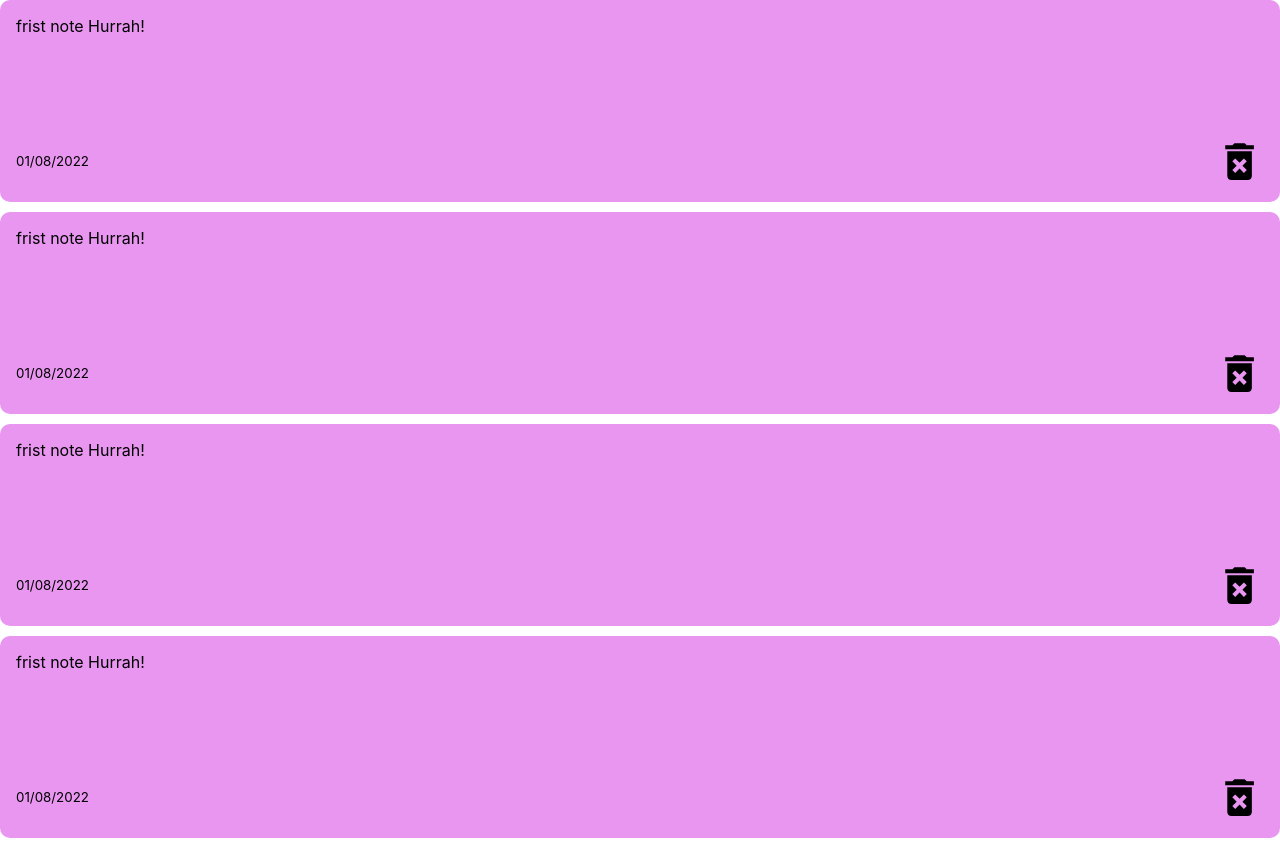
Repository: DeraBola/react-notes-app
Page: /
These files come from the project's save history. The page is drawn as it stood at one moment and after the next save; the edit follows.
The browser window is 1280 px wide. The pictures show the whole page.
The project was rebuilt for these pictures with package versions that can differ from the ones it lists, and the page was loaded fresh each time.

Above is the page before, as saved 2022-08-01 08:32:11.

### src/index.js
import React from 'react';
import ReactDOM from 'react-dom/client';
import './index.css';
import App from './App';


const root = ReactDOM.createRoot(document.getElementById('root'));
root.render(
  <React.StrictMode>
    <App />
  </React.StrictMode>
);

### src/index.css
body {
    margin: 0;
    font-family: -apple-system, BlinkMacSystemFont, 'Segoe UI', 'Roboto', 'Oxygen', 'Ubuntu', 'Cantarell', 'Fira Sans', 'Droid Sans', 'Helvetica Neue', sans-serif;
    -webkit-font-smoothing: antialiased;
    -moz-osx-font-smoothing: grayscale;
}

code {
    font-family: source-code-pro, Menlo, Monaco, Consolas, 'Courier New', monospace;
}

.note {
    background-color: #e996f1;
    margin-bottom: 10px;
    border-radius: 10px;
    padding: 1rem;
    min-height: 170px;
    display: flex;
    flex-direction: column;
    justify-content: space-between;
}

.note-footer {
    display: flex;
    align-items: center;
    justify-content: space-between;
}

### src/App.js
import NotesList from './components/NotesList';

 const App = () =>{
   return(
    <div className="container" >
      <NotesList />
    </div>
   )
 }

 export default App;

### src/components/NotesList.js
import Note from './Note';

const NotesList  = () => {
return(
    <div className='notes-list'>
        <Note />
        <Note />
        <Note />
        <Note />
    </div>
);
};

export default NotesList;

### src/components/Note.js

import { MdDeleteForever } from 'react-icons/md'

const Note  = () => {
    return(
        <div className='note'>
             <span>frist note Hurrah!</span>
             <div className="note-footer">
                <small>01/08/2022</small>
                <MdDeleteForever className='delete-icon' size='1.3cm' />
             </div>
        </div>
    );
    };

    export default Note;

Loaded but not shown: public/index.html (common file)

After the next save:
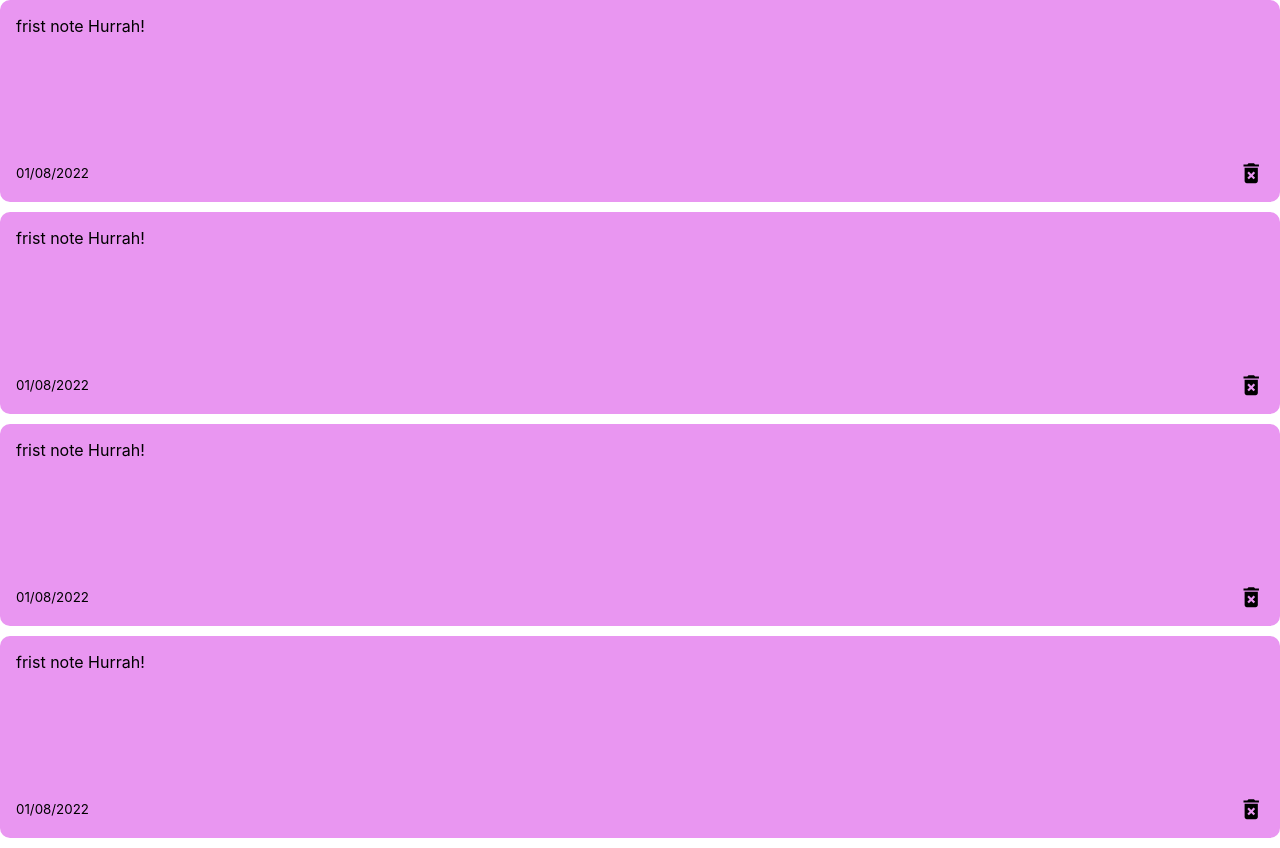
Saved 4 min 38 s later.
--- a/src/components/Note.js
+++ b/src/components/Note.js
@@ -7,7 +7,7 @@ const Note  = () => {
              <span>frist note Hurrah!</span>
              <div className="note-footer">
                 <small>01/08/2022</small>
-                <MdDeleteForever className='delete-icon' size='1.3cm' />
+                <MdDeleteForever className='delete-icon' size='0.7cm' />
              </div>
         </div>
     );
